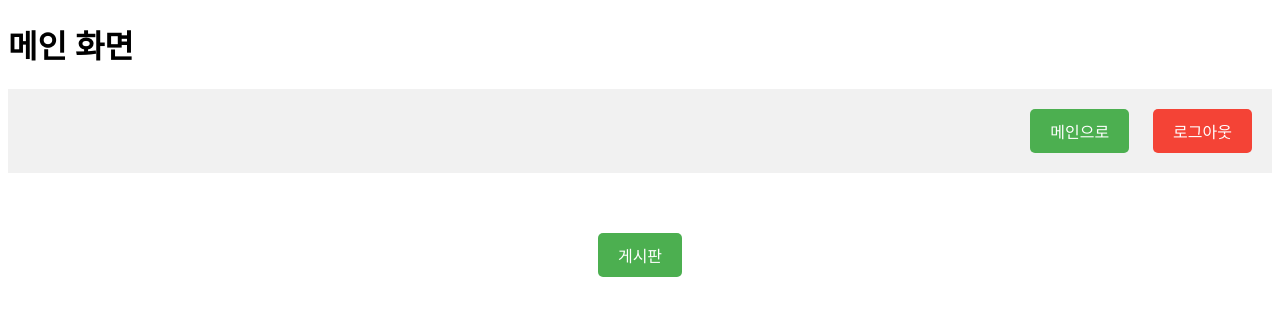
Repository: minjikimkim2222/BBS
Page: http://localhost/BBS/main.jsp
These files come from the project's save history. The page is drawn as it stood at one moment and after the next save; the edit follows.
The browser window is 1280 px wide. The pictures show the whole page.
The page is served by Tomcat 9. Other server files are loaded and not shown.

Above is the page before, as saved 2024-01-01 08:39:18.

### BBS/src/main/webapp/main.jsp
<%@ page language="java" contentType="text/html; charset=UTF-8" pageEncoding="UTF-8"%>
<!DOCTYPE html>
<html>
<head>
    <meta HTTP-EQUIV="content-type" CONTENT="text/html; CHARSET=UTF-8" charset="UTF-8">
    <meta name="viewport" content="width=device-width, initial-scale=1.0"> <!-- 추가  -->
    <link rel="stylesheet" href="css/bootstrap.css">
    <link rel="stylesheet" href="css/custom-styles.css"> <!-- 사용자 지정 스타일 시트 추가 -->
    <title>main 화면</title>
</head>
<body>

	<h1> 메인 화면</h1>
    <div class="header">
        <!-- 메인으로 버튼 -->
        <a href="" class="button main-button">메인으로</a>
        <!-- 로그아웃 버튼 -->
        <a href="logoutAction.jsp" class="button logout-button">로그아웃</a>
    </div>

    <div class="center-content">
        <!-- 게시판 버튼 -->
        <a href="#" class="button main-button">게시판</a>
    </div>

<%-- 	<%
	// 메인페이지로 이동했을 때, 세션에 값이 담겨있는지 체크
	String userID = null;

	if (session.getAttribute("userID") != null){
		userID = (String)session.getAttribute("userID");
	}
	%> --%>

<%--     <h3> 기능 선택 - main 화면</h3>

<!--     <span>debugging test 1.</span> -->

    <form action="" name="loginSelect">
        <select name="loginList" onchange="location = document.loginSelect.loginList.value" style="margin-bottom: 20px;">
        	<option value="main.jsp">메인</option>
            <option value="bbs.jsp">게시판</option>
<!--             <option value="MySQL_ConnectionTest.jsp">sql connection test</option> -->

      		<%

      			if (userID == null) {

      		%>
                    <optgroup label="접속하기">
                        <option value="login.jsp">로그인</option>
                        <option value="join.jsp">회원가입</option>
                    </optgroup>
                </select>
            </form>

<!--             <div>debugging test 2.</div>
            <div>debugging test 3.</div> -->

    		<%
    			} else {
    		%>

         <!--    <span>debugging test 4.</span> -->
            <select>
                <optgroup label="회원관리">
                    <option value="logoutAction.jsp">로그아웃 -> logoutAction.jsp 링크 접속 </option>
                </optgroup>
            </select>

    		<%
    			}
    		%> --%>

</body>
</html>

### BBS/src/main/webapp/css/bootstrap.css
@charset "UTF-8";

.form-group {
  margin-bottom: 20px;
}

.form-control {
  display: block;
  width: 100%;
  height: 40px;
  padding: 10px 15px;
  font-size: 14px;
  line-height: 1.42857143;
  color: #555;
  background-color: #fff;
  background-image: none;
  border: 1px solid #ccc;
  border-radius: 4px;
  -webkit-box-shadow: inset 0 1px 1px rgba(0, 0, 0, .075);
          box-shadow: inset 0 1px 1px rgba(0, 0, 0, .075);
  -webkit-transition: border-color ease-in-out .15s, -webkit-box-shadow ease-in-out .15s;
       -o-transition: border-color ease-in-out .15s, box-shadow ease-in-out .15s;
          transition: border-color ease-in-out .15s, box-shadow ease-in-out .15s;
  box-sizing: border-box; /* 추가된 부분 */
}

.container {
  padding-right: 15px;
  padding-left: 15px;
  margin-right: auto;
  margin-left: auto;
}

.jumbotron {
  padding-top: 30px;
  padding-bottom: 30px;
  margin-bottom: 30px;
  color: inherit;
  background-color: #eee;
  box-sizing: border-box; /* 추가된 부분 */
}

.col-lg-4 {
  width: 33.33333333%;
}


.col-lg-5 {
    width: 41.66666667%;
}

### BBS/src/main/webapp/css/custom-styles.css
@charset "UTF-8";


/* 사용자 지정 스타일 추가 */
.header {
    background-color: #f1f1f1;
    padding: 10px;
    text-align: right;
}

.center-content {
    text-align: center;
    margin-top: 50px;
}

/* 공통 버튼 스타일 */
.button {
    padding: 10px 20px;
    margin: 10px;
    font-size: 16px;
    text-align: center;
    text-decoration: none;
    display: inline-block;
    border-radius: 5px;
}

/* 메인으로 버튼 스타일 */
.main-button {
    background-color: #4CAF50; /* Green */
    color: white;
}

/* 로그아웃 버튼 스타일 */
.logout-button {
    background-color: #f44336; /* Red */
    color: white;
}

After the next save:
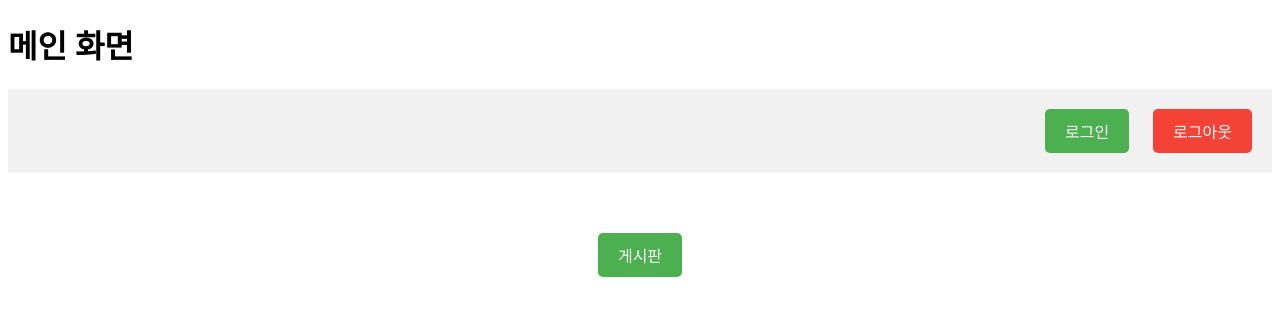
Saved 46 s later.
--- a/BBS/src/main/webapp/main.jsp
+++ b/BBS/src/main/webapp/main.jsp
@@ -13,7 +13,7 @@
 	<h1> 메인 화면</h1>
     <div class="header">
         <!-- 메인으로 버튼 -->
-        <a href="" class="button main-button">메인으로</a>
+        <a href="" class="button main-button">로그인</a>
         <!-- 로그아웃 버튼 -->
         <a href="logoutAction.jsp" class="button logout-button">로그아웃</a>
     </div>
